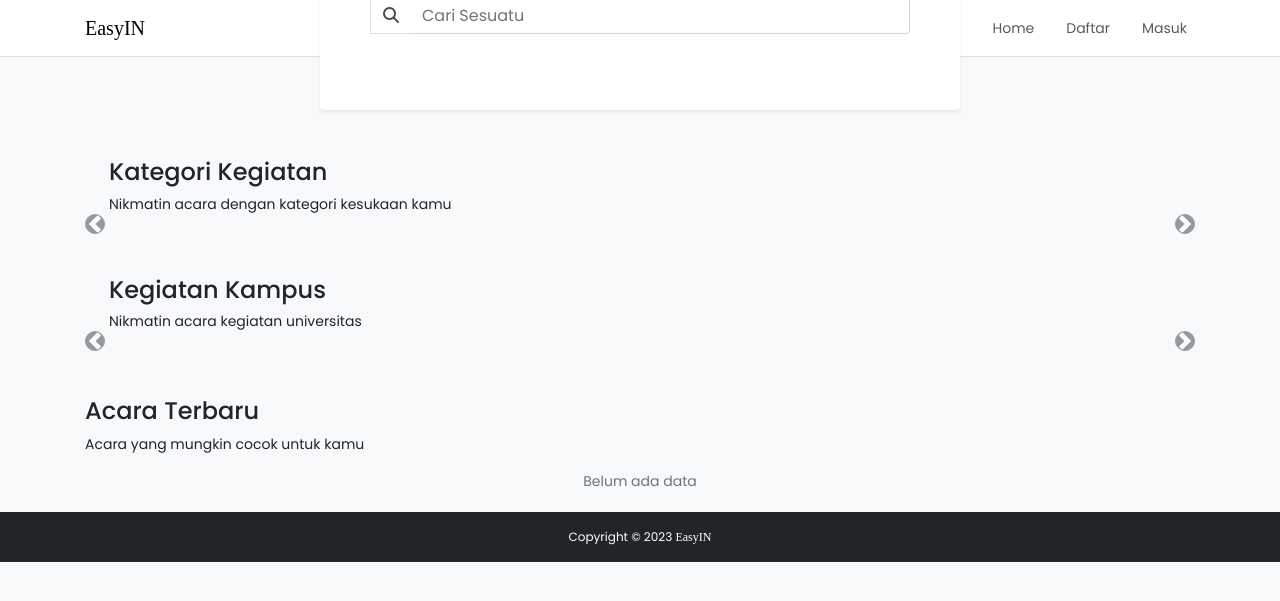
Repository: ibnufajarw/Ticketing_Online-Web
Page: resources/views/landing-page/index.blade.php
These files come from the project's save history. The page is drawn as it stood at one moment and after a run of saves; the edit follows.
The browser window is 1280 px wide. The pictures show the whole page.
Some web fonts or font styles are not loaded; a fallback is used. The page is served by the project's Laravel application, run on PHP 8.4 with Laravel 10. The template is opened directly, without the code that normally fills it, so the values that code supplies are empty.

Above is the page before, as saved 2023-08-23 14:05:13.

After the next 2 saves:
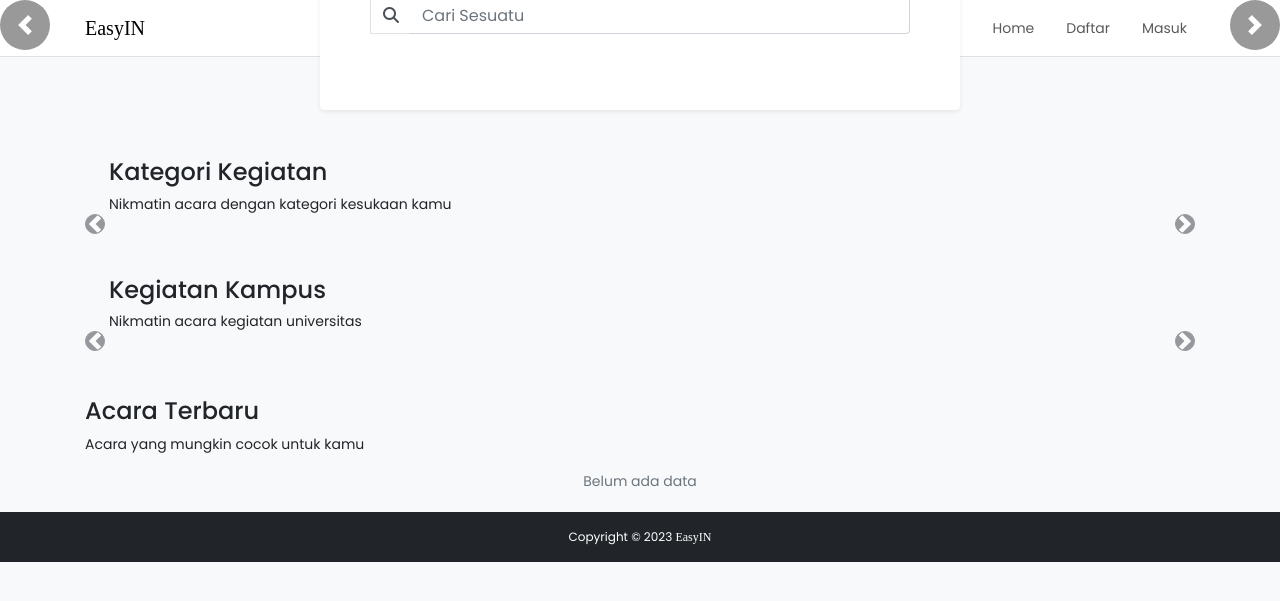
The 2 saves are shown as one change because they came seconds apart.
The last was saved 3 min 11 s later.
--- a/resources/views/landing-page/index.blade.php
+++ b/resources/views/landing-page/index.blade.php
@@ -2,18 +2,32 @@
 @section('title', 'Beranda')
 @section('content')
     <style>
+        /* Carousel Navigation Arrows */
         #carouselExampleIndicators>.carousel-control-next,
         #carouselExampleIndicators>.carousel-control-prev {
-            width: 5% !important;
-        }
-
+            width: 50px;
+            height: 50px;
+            background-color: rgba(0, 0, 0, 0.5);
+            border-radius: 50%;
+            opacity: 0.8;
+            transition: opacity 0.3s ease-in-out;
+        }
+
+        #carouselExampleIndicators>.carousel-control-next:hover,
+        #carouselExampleIndicators>.carousel-control-prev:hover {
+            opacity: 1;
+        }
+
+        /* Custom Caption */
         .custom-caption {
-            background-color: rgba(0, 0, 0, 0.6);
-            padding: 20px 1px 10px 10px;
+            background-color: rgba(0, 0, 0, 0.7);
+            padding: 20px;
             color: white;
             box-shadow: 0px 2px 4px rgba(0, 0, 0, 0.2);
-        }
-
+            border-radius: 10px;
+        }
+
+        /* Carousel Responsive */
         @media (max-width: 768px) {
             .carousel-inner .carousel-item>div {
                 display: none;
@@ -24,22 +38,31 @@
             }
         }
 
+        /* Hero Slide */
         .carousel .carousel-item#hero {
             height: 100vh;
+            position: relative;
         }
 
         .carousel-item#hero img {
             position: absolute;
             top: 0;
             left: 0;
-            min-height: 100vh;
-        }
-
+            width: 100%;
+            height: 100%;
+            object-fit: cover;
+        }
+
+        /* Carousel Caption Position */
         .carousel-caption {
-            top: 80%;
-            transform: translateY(-80%);
-        }
-
+            position: absolute;
+            bottom: 20%;
+            left: 50%;
+            transform: translateX(-50%);
+            text-align: center;
+        }
+
+        /* Carousel Slide Transition */
         .carousel-inner .carousel-item.active,
         .carousel-inner .carousel-item-next,
         .carousel-inner .carousel-item-prev {
